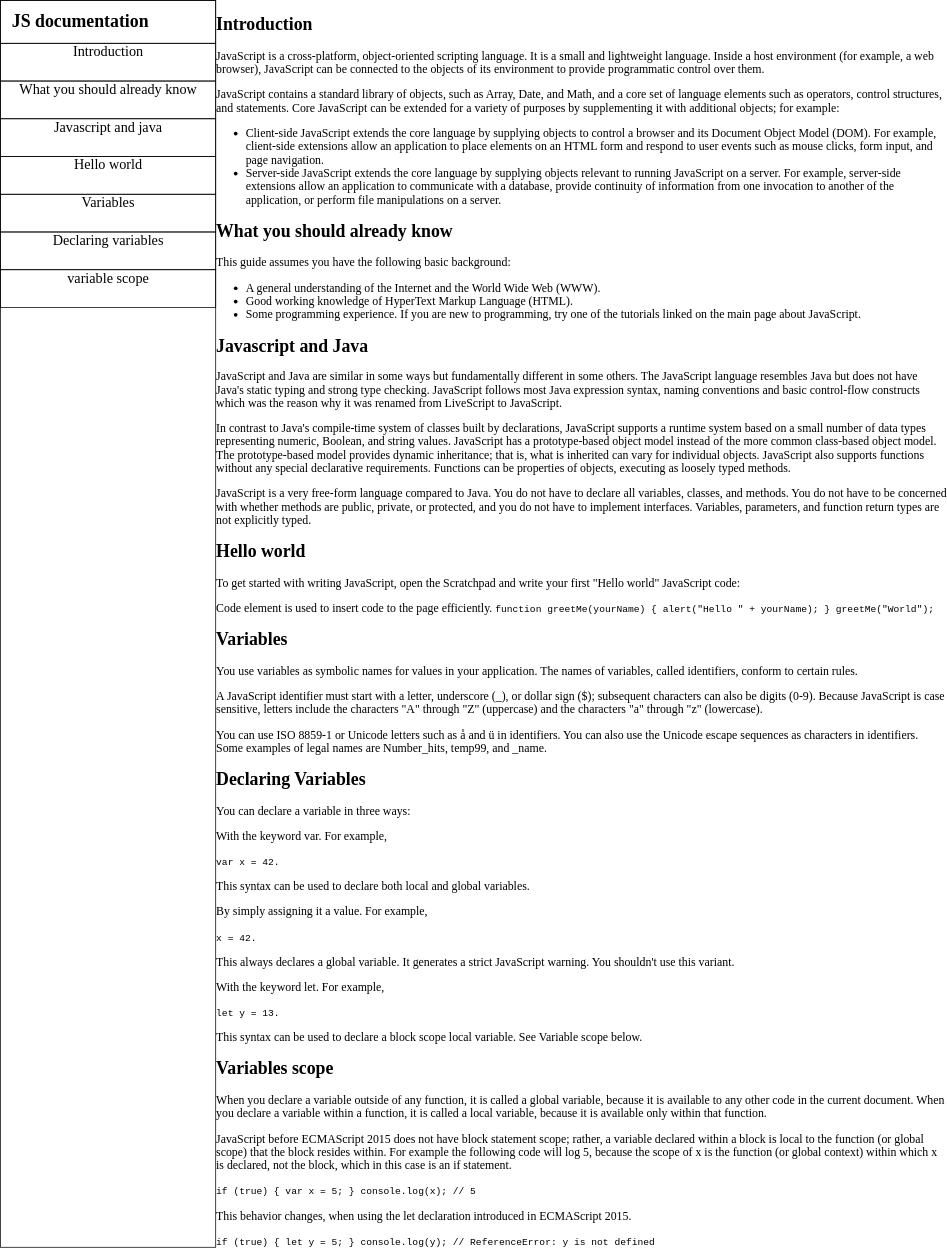
Repository: Pafestivo/Technical-documentation
Page: index.html
An editor plug-in stored every save of this project. The page is shown before and after the next save, followed by the edit.
The browser window is 1280 px wide. The pictures show the whole page, at 74% of full size.

Above is the page before, as saved 2022-09-07 13:29:50.

### index.html
<!DOCTYPE html>
<html lang="en">
<head>
    <meta charset="UTF-8">
    <meta name="viewport" content="width=device-width, initial-scale=1.0">
    <link rel="stylesheet" href="styles.css">
    <title>Technical Documentation Page</title>
</head>
<body>
  <nav id="navbar">
    <header>
      <h1>JS documentation</h1>
    </header>
    <ul>
      <li><a id="nav-link" href="#introduction">Introduction</a></li>
      <li><a id="nav-link" href="#what_you_should_already_know">What you should already know</a></li>
      <li><a id="nav-link" href="#javascript_and_Java">Javascript and java</a></li>
      <li><a id="nav-link" href="#hello_world">Hello world</a></li>
      <li><a id="nav-link" href="#variables">Variables</a></li>
      <li><a id="nav-link" href="#declaring_variables">Declaring variables</a></li>
      <li><a id="nav-link" href="#variable_scope">variable scope</a></li>
    </ul>
  </nav>
  <main id="main-doc">
    <section id="introduction" class="main-section">
      <h1>Introduction</h1>

      <p>JavaScript is a cross-platform, object-oriented scripting language. It is a small and lightweight language. Inside a host environment (for example, a web browser), JavaScript can be connected to the objects of its environment to provide programmatic control over them.</p>

      <p>JavaScript contains a standard library of objects, such as Array, Date, and Math, and a core set of language elements such as operators, control structures, and statements. Core JavaScript can be extended for a variety of purposes by supplementing it with additional objects; for example:</p>

      <ul>
        <li>Client-side JavaScript extends the core language by supplying objects to control a browser and its Document Object Model (DOM). For example, client-side extensions allow an application to place elements on an HTML form and respond to user events such as mouse clicks, form input, and page navigation.</li>
        <li>Server-side JavaScript extends the core language by supplying objects relevant to running JavaScript on a server. For example, server-side extensions allow an application to communicate with a database, provide continuity of information from one invocation to another of the application, or perform file manipulations on a server.</li>
      </ul>
    </section>

    <section id="what_you_should_already_know" class="main-section">
        <h1>What you should already know</h1>

        <p>This guide assumes you have the following basic background:</p>

        <ul>
          <li>A general understanding of the Internet and the World Wide Web (WWW).</li>
          <li>Good working knowledge of HyperText Markup Language (HTML).</li>
          <li>Some programming experience. If you are new to programming, try one of the tutorials linked on the main page about JavaScript.</li>
        </ul>
      </section>

      <section id="javascript_and_Java" class="main-section">
        <h1>Javascript and Java</h1>

        <p>JavaScript and Java are similar in some ways but fundamentally different in some others. The JavaScript language resembles Java but does not have Java's static typing and strong type checking. JavaScript follows most Java expression syntax, naming conventions and basic control-flow constructs which was the reason why it was renamed from LiveScript to JavaScript.</p>

        <p>In contrast to Java's compile-time system of classes built by declarations, JavaScript supports a runtime system based on a small number of data types representing numeric, Boolean, and string values. JavaScript has a prototype-based object model instead of the more common class-based object model. The prototype-based model provides dynamic inheritance; that is, what is inherited can vary for individual objects. JavaScript also supports functions without any special declarative requirements. Functions can be properties of objects, executing as loosely typed methods.</p>

        <p>JavaScript is a very free-form language compared to Java. You do not have to declare all variables, classes, and methods. You do not have to be concerned with whether methods are public, private, or protected, and you do not have to implement interfaces. Variables, parameters, and function return types are not explicitly typed.</p>
      </section>

      <section id="hello_world" class="main-section">
        <h1>Hello world</h1>
        <p>To get started with writing JavaScript, open the Scratchpad and write your first "Hello world" JavaScript code:</p>

        Code element is used to insert code to the page efficiently.
        <code>
            function greetMe(yourName) { alert("Hello " + yourName); }
            greetMe("World");
        </code>
      </section>

      <section id="variables" class="main-section">
        <h1>Variables</h1>

        <p>You use variables as symbolic names for values in your application. The names of variables, called identifiers, conform to certain rules.</p>

        <p>A JavaScript identifier must start with a letter, underscore (_), or dollar sign ($); subsequent characters can also be digits (0-9). Because JavaScript is case sensitive, letters include the characters "A" through "Z" (uppercase) and the characters "a" through "z" (lowercase).</p>

        <p>You can use ISO 8859-1 or Unicode letters such as å and ü in identifiers. You can also use the Unicode escape sequences as characters in identifiers. Some examples of legal names are Number_hits, temp99, and _name.</p>
      </section>

      <section id="declaring_variables" class="main-section">
        <h1>Declaring Variables</h1>

        <p>You can declare a variable in three ways:</p>

        <p>With the keyword var. For example,</p>
        <code>
            var x = 42.
        </code>

        <p>This syntax can be used to declare both local and global variables.</p>

        <p>By simply assigning it a value. For example,</p>
        <code>
            x = 42.
        </code>

        <p>This always declares a global variable. It generates a strict JavaScript warning. You shouldn't use this variant.</p>

        <p>With the keyword let. For example,</p>
        <code>
            let y = 13.
        </code>

        <p>This syntax can be used to declare a block scope local variable. See Variable scope below.</p>
      </section>

      <section id="variable_scope" class="main-section">
        <h1>Variables scope</h1>

        <p>When you declare a variable outside of any function, it is called a global variable, because it is available to any other code in the current document. When you declare a variable within a function, it is called a local variable, because it is available only within that function.</p>

        <p>JavaScript before ECMAScript 2015 does not have block statement scope; rather, a variable declared within a block is local to the function (or global scope) that the block resides within. For example the following code will log 5, because the scope of x is the function (or global context) within which x is declared, not the block, which in this case is an if statement.</p>
        <code>
            if (true) { var x = 5; } console.log(x); // 5
        </code>

        <p>This behavior changes, when using the let declaration introduced in ECMAScript 2015.</p>
        <code>
            if (true) { let y = 5; } console.log(y); // ReferenceError: y is
not defined
        </code>
  </main>

</body>
</html>

### styles.css
html {
  box-sizing: border-box;
  scroll-behavior: smooth;
}

body {
  display: flex;
  padding: 0;
  margin: 0;
}

/* Navigation bar  */
#navbar {
  min-width: 290px;
  border: 1px solid #000;
}

#navbar header {
  margin: -1px;
}

#navbar header h1{
  margin: 0;
  padding: 15px;
  border: 1px solid #000;
}

#navbar ul {
  list-style: none;
  margin: 0;
  padding: 0;
}

#navbar ul li {
  margin: -1px;
}

#navbar ul a {
  display: block;
  font-size: 1.2rem;
  text-decoration: none;
  color: #000;
  height: 50px;
  border: 1px solid #000;
  text-align: center;
}

/* Navigation bar end  */

After the next save:
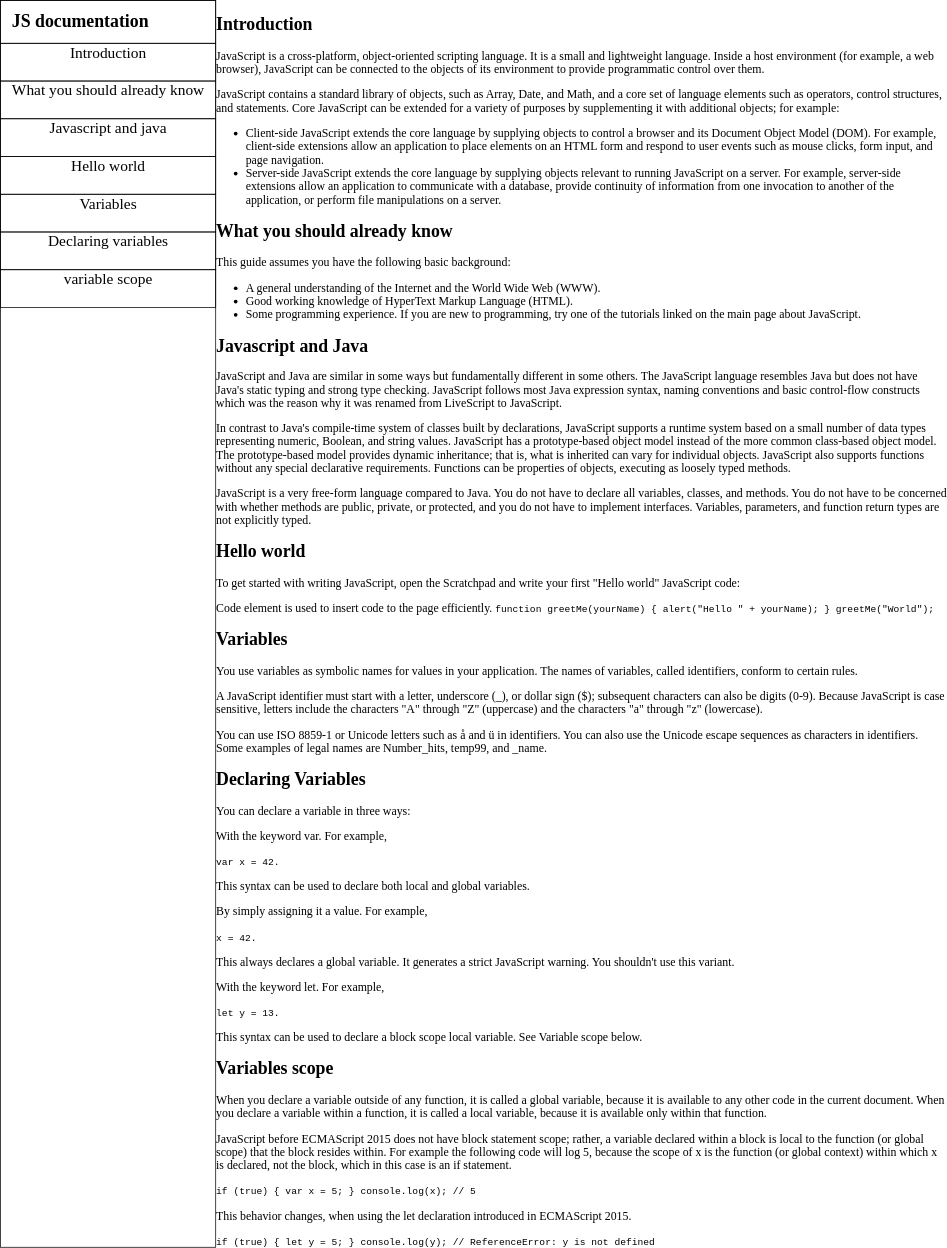
Saved 4 s later.
--- a/styles.css
+++ b/styles.css
@@ -37,7 +37,7 @@
 
 #navbar ul a {
   display: block;
-  font-size: 1.2rem;
+  font-size: 1.3rem;
   text-decoration: none;
   color: #000;
   height: 50px;

After the save that followed:
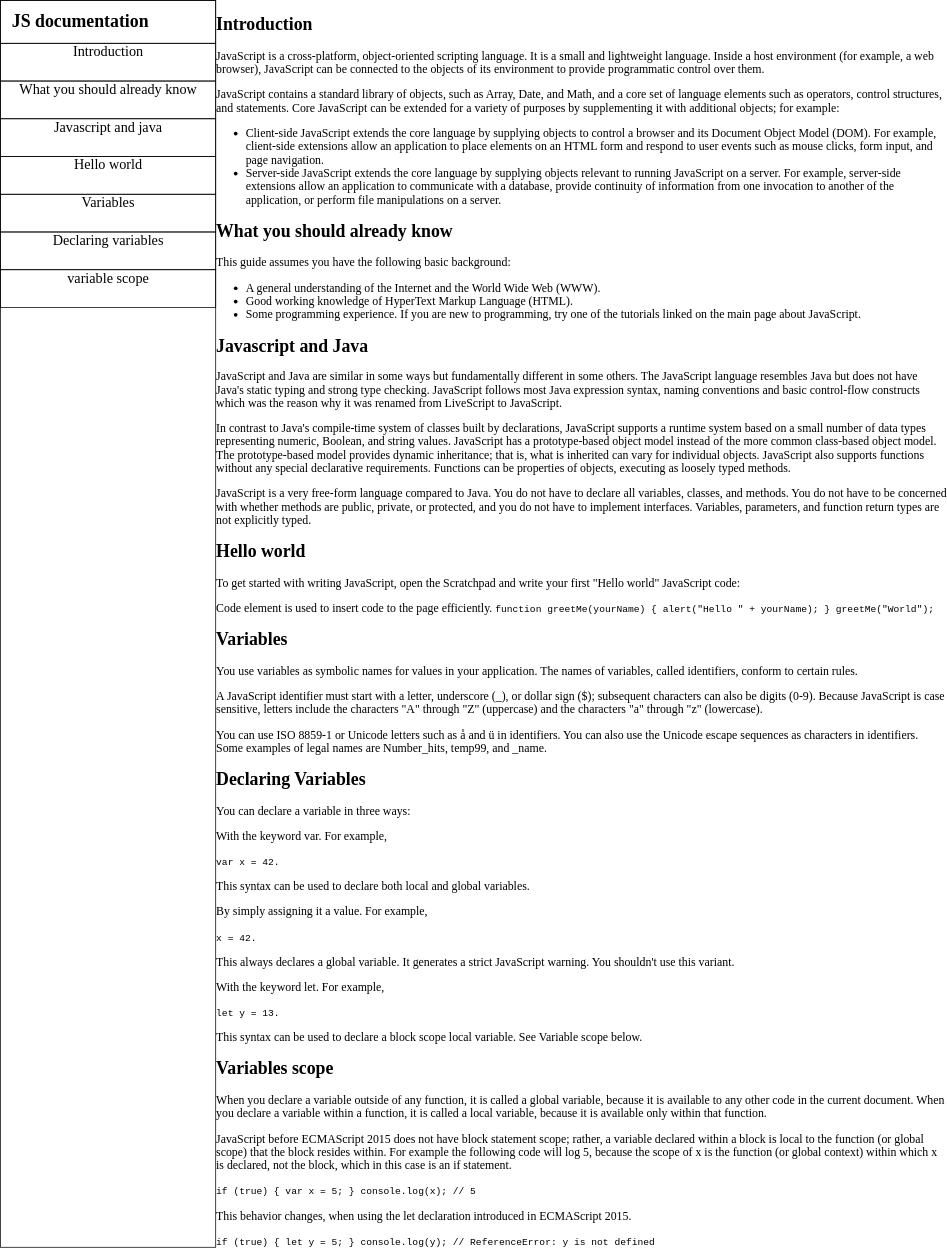
Saved 7 s later.
--- a/styles.css
+++ b/styles.css
@@ -37,7 +37,7 @@
 
 #navbar ul a {
   display: block;
-  font-size: 1.3rem;
+  font-size: 1.2rem;
   text-decoration: none;
   color: #000;
   height: 50px;
